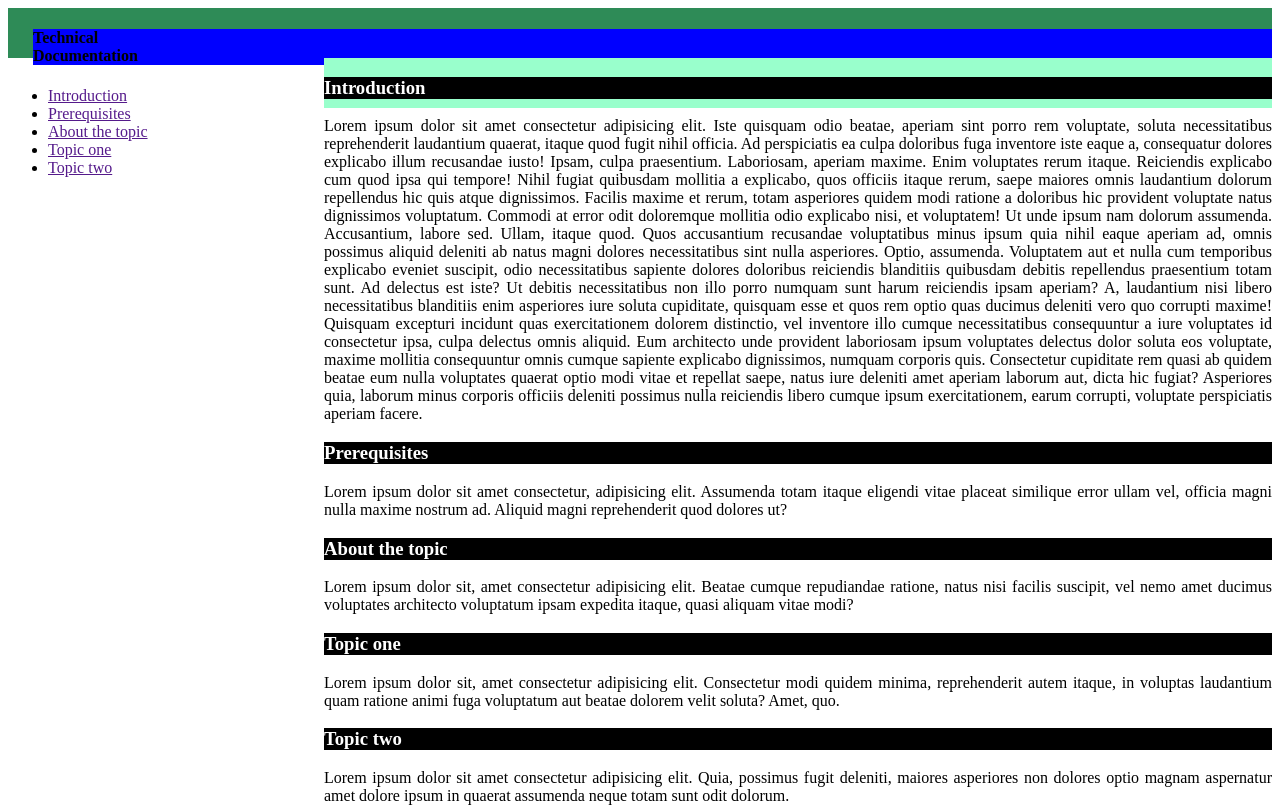
Repository: JoaoLemesDEV/Excercise-Tech-Documentation-Page
Page: index.html
The author's editor kept a copy of each file at every save. The page is drawn from the files as they stood at one save, then again after a run of saves.
The browser window is 1280 px wide. The pictures show the whole page.

Above is the page before, as saved 2021-10-03 20:52:34.

After the next 3 saves:
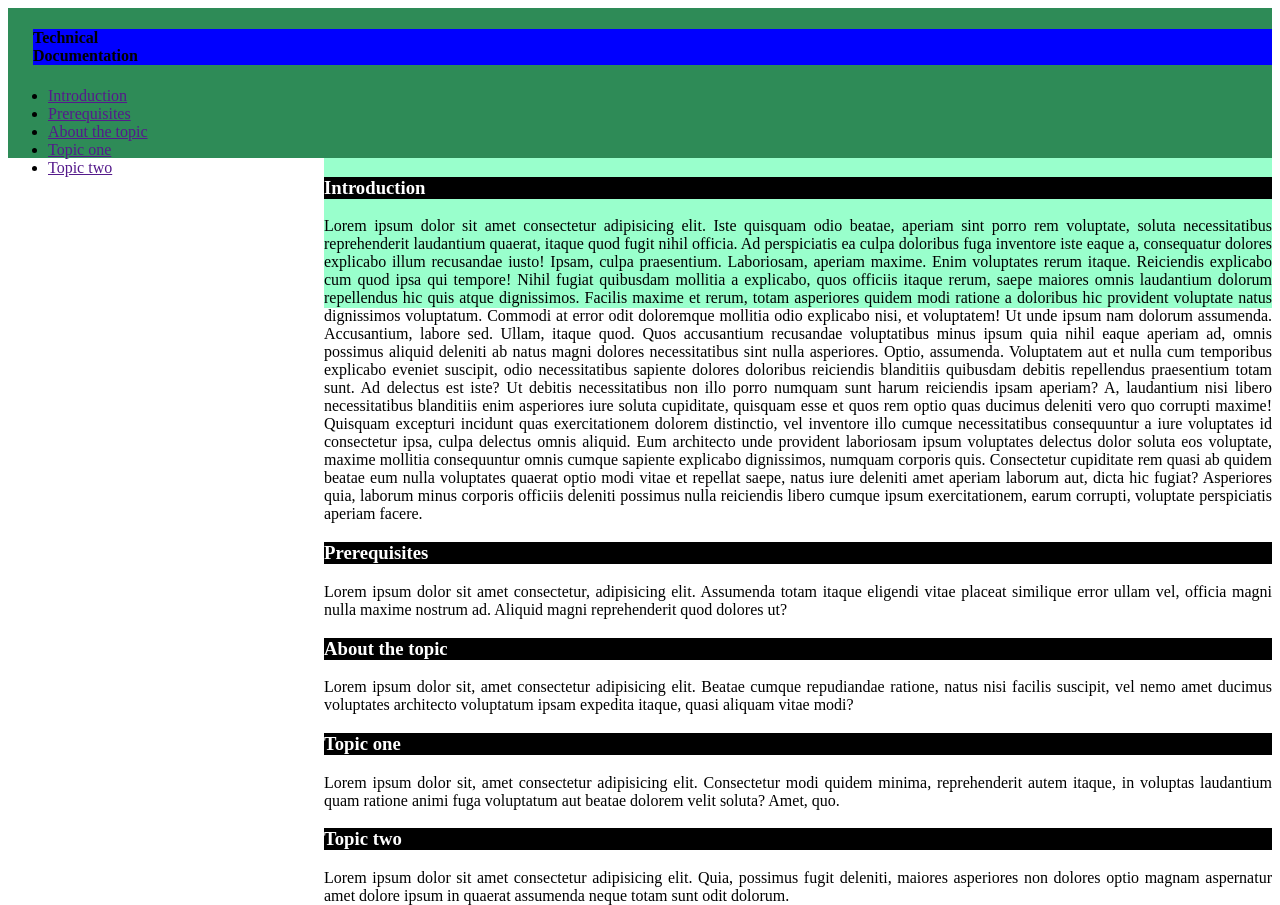
The 3 saves are shown as one change because they came seconds apart.
The last was saved 3 min 29 s later.
--- a/index.css
+++ b/index.css
@@ -6,8 +6,8 @@ background-color: seagreen;
 
 .wrapper {
     display: grid;
-    //grid-template-columns: 200px 50px 100px;
-    grid-template-rows: 50px 50px;
+    //grid-template-columns: 100px 100px 100px;
+    grid-template-rows: 150px 150px;
 }
 
 #menu h4{
